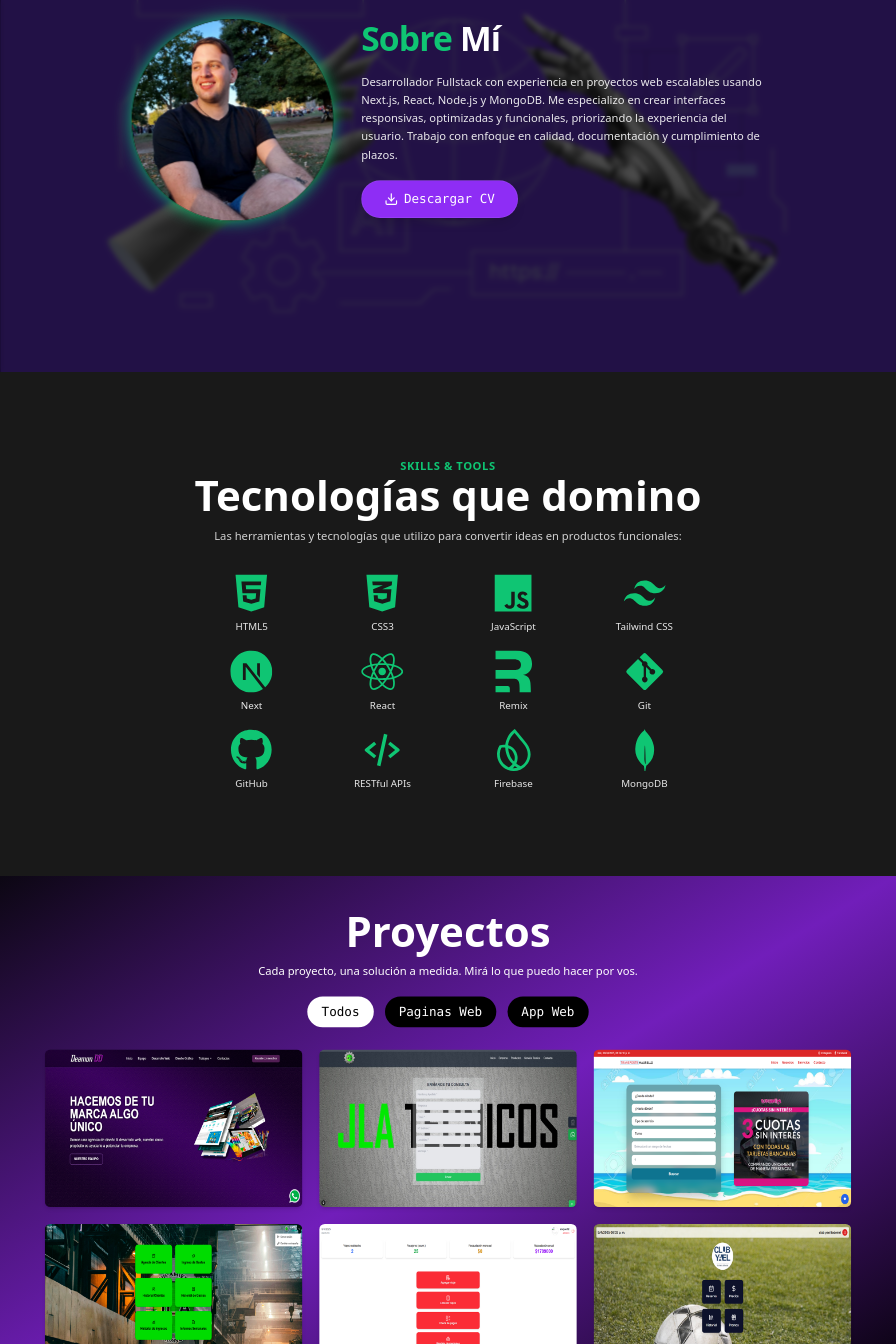
Repository: francoluca35/portfolio-franco-dev
Page: /
These files come from the project's save history. The page is drawn as it stood at one moment and after the next save; the edit follows.
The browser window is 1280 px wide. The pictures show the part of the page from y = 829 to 2749 px (the page is 3546 px tall), at 70% of full size.
The project was rebuilt for these pictures with package versions that can differ from the ones it lists, and the page was loaded fresh each time. The framework's server and built-in components were replaced by stand-ins that run in the browser. Also part of the build but not shown: next.config.js.

Above is the page before, as saved 2025-05-06 06:40:21.

After the next save:
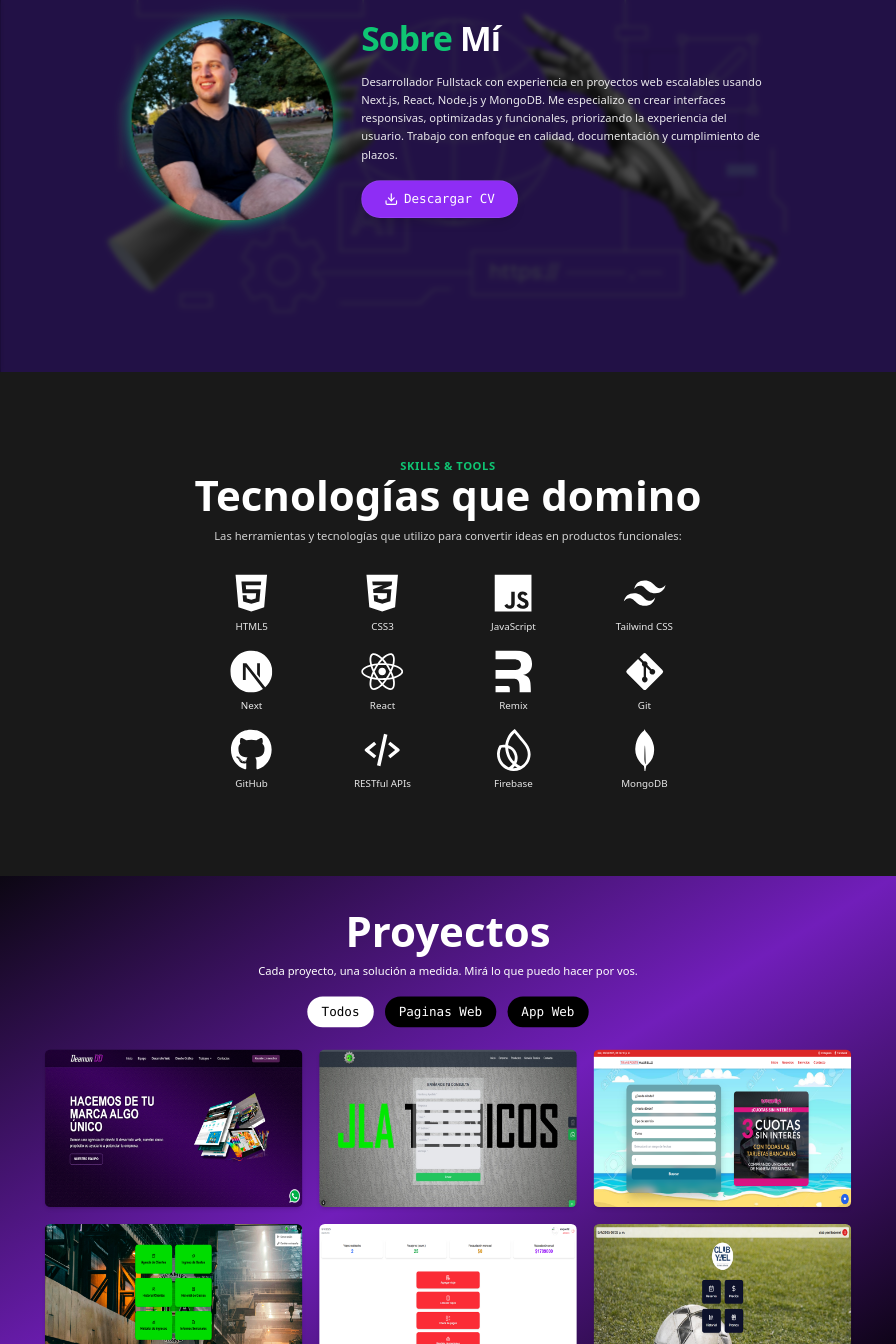
Saved 80 s later.
--- a/components/Experience.jsx
+++ b/components/Experience.jsx
@@ -15,59 +15,80 @@ import {
   SiTailwindcss,
   SiNextdotjs,
 } from "react-icons/si";
-
 import { BiCodeAlt } from "react-icons/bi";
 
 export default function SkillsSection() {
   const skills = [
     {
-      icon: <FaHtml5 className="text-4xl md:hover:text-7xl md:text-6xl" />,
+      icon: (
+        <FaHtml5 className="text-4xl md:text-6xl transition-all duration-300 group-hover:text-[#e34f26]" />
+      ),
       name: "HTML5",
     },
     {
-      icon: <FaCss3Alt className="text-4xl md:hover:text-7xl md:text-6xl" />,
+      icon: (
+        <FaCss3Alt className="text-4xl md:text-6xl transition-all duration-300 group-hover:text-[#264de4]" />
+      ),
       name: "CSS3",
     },
     {
-      icon: <FaJs className="text-4xl md:hover:text-7xl md:text-6xl" />,
+      icon: (
+        <FaJs className="text-4xl md:text-6xl transition-all duration-300 group-hover:text-[#f0db4f]" />
+      ),
       name: "JavaScript",
     },
     {
       icon: (
-        <SiTailwindcss className="text-4xl md:hover:text-7xl md:text-6xl" />
+        <SiTailwindcss className="text-4xl md:text-6xl transition-all duration-300 group-hover:text-[#38bdf8]" />
       ),
       name: "Tailwind CSS",
     },
     {
-      icon: <SiNextdotjs className="text-4xl md:hover:text-7xl md:text-6xl" />,
+      icon: (
+        <SiNextdotjs className="text-4xl md:text-6xl transition-all duration-300 group-hover:text-white" />
+      ),
       name: "Next",
     },
     {
-      icon: <FaReact className="text-4xl md:hover:text-7xl md:text-6xl" />,
+      icon: (
+        <FaReact className="text-4xl md:text-6xl transition-all duration-300 group-hover:text-[#61dafb]" />
+      ),
       name: "React",
     },
     {
-      icon: <SiRemix className="text-4xl md:hover:text-7xl md:text-6xl" />,
+      icon: (
+        <SiRemix className="text-4xl md:text-6xl transition-all duration-300 group-hover:text-[#000000]" />
+      ),
       name: "Remix",
     },
     {
-      icon: <FaGitAlt className="text-4xl md:hover:text-7xl md:text-6xl" />,
+      icon: (
+        <FaGitAlt className="text-4xl md:text-6xl transition-all duration-300 group-hover:text-[#f05032]" />
+      ),
       name: "Git",
     },
     {
-      icon: <FaGithub className="text-4xl md:hover:text-7xl md:text-6xl" />,
+      icon: (
+        <FaGithub className="text-4xl md:text-6xl transition-all duration-300 group-hover:text-[#ffffff]" />
+      ),
       name: "GitHub",
     },
     {
-      icon: <BiCodeAlt className="text-4xl md:hover:text-7xl md:text-6xl" />,
+      icon: (
+        <BiCodeAlt className="text-4xl md:text-6xl transition-all duration-300 group-hover:text-[#0fc573]" />
+      ),
       name: "RESTful APIs",
     },
     {
-      icon: <SiFirebase className="text-4xl md:hover:text-7xl md:text-6xl" />,
+      icon: (
+        <SiFirebase className="text-4xl md:text-6xl transition-all duration-300 group-hover:text-[#ffca28]" />
+      ),
       name: "Firebase",
     },
     {
-      icon: <SiMongodb className="text-4xl md:hover:text-7xl md:text-6xl" />,
+      icon: (
+        <SiMongodb className="text-4xl md:text-6xl transition-all duration-300 group-hover:text-[#47A248]" />
+      ),
       name: "MongoDB",
     },
   ];
@@ -78,7 +99,7 @@ export default function SkillsSection() {
         <p className="uppercase tracking-wider text-md text-[#0fc573] font-semibold">
           Skills & Tools
         </p>
-        <h2 className="text-4xl  md:text-6xl  font-extrabold mb-4">
+        <h2 className="text-4xl md:text-6xl font-extrabold mb-4">
           Tecnologías que domino
         </h2>
         <p className="text-white/80 mb-10">
@@ -88,8 +109,11 @@ export default function SkillsSection() {
 
         <div className="grid grid-cols-2 sm:grid-cols-3 md:grid-cols-4 gap-6 justify-items-center">
           {skills.map((skill, index) => (
-            <div key={index} className="flex flex-col items-center">
-              <div className="text-[#0fc573] mb-2">{skill.icon}</div>
+            <div
+              key={index}
+              className="flex flex-col items-center group cursor-pointer"
+            >
+              <div className="mb-2">{skill.icon}</div>
               <span className="text-white/90 text-sm">{skill.name}</span>
             </div>
           ))}
